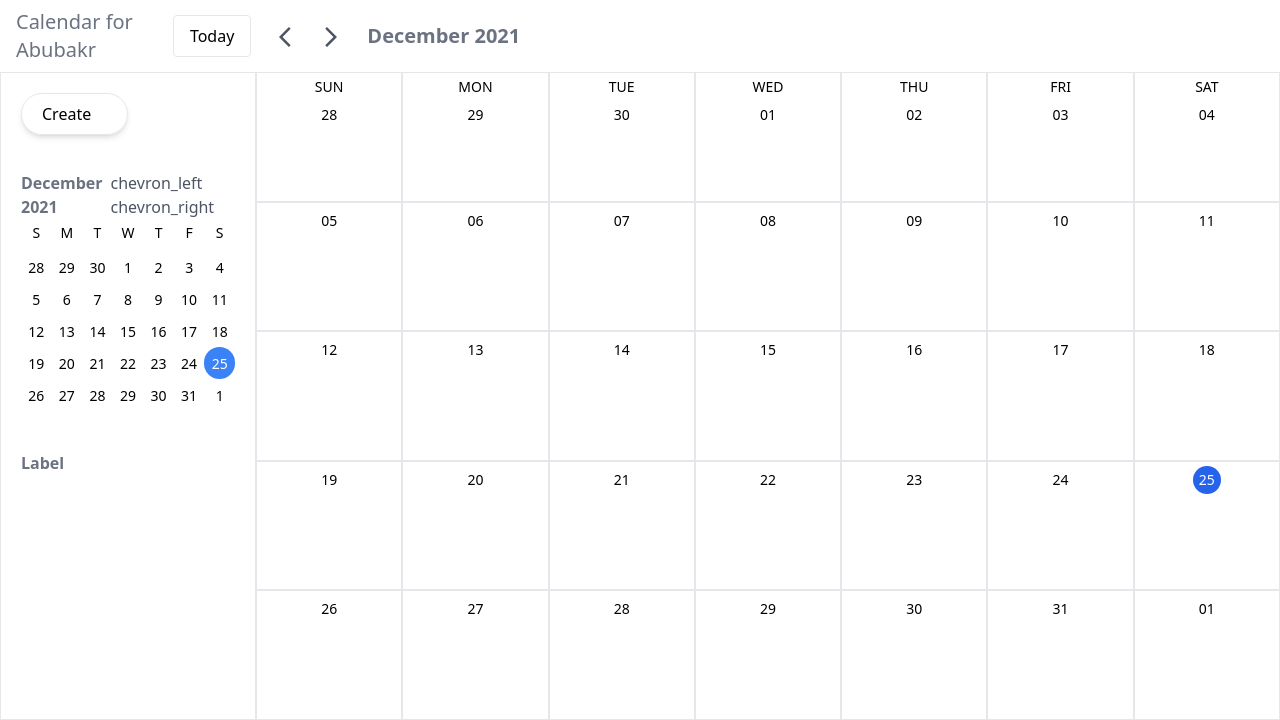
Repository: om1ars/react-calendar
Page: /
The author's editor kept a copy of each file at every save. The page is drawn from the files as they stood at one save, then again after the next save.
The browser window is 1280 px wide. The pictures show the whole page.
The project was rebuilt for these pictures with package versions that can differ from the ones it lists, and the page was loaded fresh each time. Also part of the build but not shown: craco.config.js, src/App.css, src/components/EventModal.jsx.

Above is the page before, as saved 2021-12-25 16:30:59.

### src/context/ContextWrapper.jsx
import React, {
  useState,
  useEffect,
  useReducer,
  useMemo,
} from "react";
import GlobalContext from "./GlobalContext";
import dayjs from "dayjs";

function savedEventsReducer(state, { type, payload }) {
  switch (type) {
    case "push":
      return [...state, payload];
    case "update":
      return state.map((evt) =>
        evt.id === payload.id ? payload : evt
      );
    case "delete":
      return state.filter((evt) => evt.id !== payload.id);
    default:
      throw new Error();
  }
}
function initEvents() {
  const storageEvents = localStorage.getItem("savedEvents");
  const parsedEvents = storageEvents ? JSON.parse(storageEvents) : [];
  return parsedEvents;
}

export default function ContextWrapper(props) {
  const [monthIndex, setMonthIndex] = useState(dayjs().month());
  const [smallCalendarMonth, setSmallCalendarMonth] = useState(null);
  const [daySelected, setDaySelected] = useState(dayjs());
  const [showEventModal, setShowEventModal] = useState(false);
  const [selectedEvent, setSelectedEvent] = useState(null);
  const [labels, setLabels] = useState([]);
  const [savedEvents, dispatchCalEvent] = useReducer(
    savedEventsReducer,
    [],
    initEvents
  );

  const filteredEvents = useMemo(() => {
    return savedEvents.filter((evt) =>
      labels
        .filter((lbl) => lbl.checked)
        .map((lbl) => lbl.label)
        .includes(evt.label)
    );
  }, [savedEvents, labels]);

  useEffect(() => {
    localStorage.setItem("savedEvents", JSON.stringify(savedEvents));
  }, [savedEvents]);

  useEffect(() => {
    setLabels((prevLabels) => {
      return [...new Set(savedEvents.map((evt) => evt.label))].map(
        (label) => {
          const currentLabel = prevLabels.find(
            (lbl) => lbl.label === label
          );
          return {
            label,
            checked: currentLabel ? currentLabel.checked : true,
          };
        }
      );
    });
  }, [savedEvents]);

  useEffect(() => {
    if (smallCalendarMonth !== null) {
      setMonthIndex(smallCalendarMonth);
    }
  }, [smallCalendarMonth]);

  useEffect(() => {
    if (!showEventModal) {
      setSelectedEvent(null);
    }
  }, [showEventModal]);

  function updateLabel(label) {
    setLabels(
      labels.map((lbl) => (lbl.label === label.label ? label : lbl))
    );
  }

  return (
    <GlobalContext.Provider
      value={{
        monthIndex,
        setMonthIndex,
        smallCalendarMonth,
        setSmallCalendarMonth,
        daySelected,
        setDaySelected,
        showEventModal,
        setShowEventModal,
        dispatchCalEvent,
        selectedEvent,
        setSelectedEvent,
        savedEvents,
        setLabels,
        labels,
        updateLabel,
        filteredEvents,
      }}
    >
      {props.children}
    </GlobalContext.Provider>
  );
}

### src/components/CalendarHeader.tsx
import dayjs from "dayjs";
import React, { useContext } from "react";
import GlobalContext from "../context/GlobalContext";
import ArrowBackIosIcon from "@mui/icons-material/ArrowBackIos";
import ArrowForwardIosIcon from "@mui/icons-material/ArrowForwardIos";
export default function CalendarHeader() {
  const { monthIndex, setMonthIndex } = useContext(GlobalContext);
  function handlePrevMonth() {
    setMonthIndex(monthIndex - 1);
  }
  function handleNextMonth() {
    setMonthIndex(monthIndex + 1);
  }
  function handleReset() {
    setMonthIndex(
      monthIndex === dayjs().month()
        ? monthIndex + Math.random()
        : dayjs().month()
    );
  }
  return (
    <header className="px-4 py-2 flex items-center">
      <h1 className="mr-10 text-xl text-gray-500 fond-bold">
        Calendar for
        <br />
        Abubakr
      </h1>
      <button onClick={handleReset} className="border rounded py-2 px-4 mr-5">
        Today
      </button>
      <button onClick={handlePrevMonth}>
        <span className="material-icons-outlined cursor-pointer text-gray-600 mx-2">
          <ArrowBackIosIcon />
        </span>
      </button>
      <button onClick={handleNextMonth}>
        <span className="material-icons-outlined cursor-pointer text-gray-600 mx-2">
          <ArrowForwardIosIcon />
        </span>
      </button>
      <h2 className="ml-4 text-xl text-gray-500 font-bold">
        {dayjs(new Date(dayjs().year(), monthIndex)).format("MMMM YYYY")}
      </h2>
    </header>
  );
}

### src/components/Month.tsx
import React from "react";
import Day from "./Day";
export default function Month({ month }:any) {
  return (
    <div className="flex-1 grid grid-cols-7 grid-rows-5">
      {month.map((row:any, i:any) => (
        <React.Fragment key={i}>
          {row.map((day:any, idx:any) => (
            <Day day={day} key={idx} rowIdx={i} />
          ))}
        </React.Fragment>
      ))}
    </div>
  );
}

### src/components/CreateEventButton.jsx
import React, { useContext } from "react";
import GlobalContext from "../context/GlobalContext";
export default function CreateEventButton() {
  const { setShowEventModal } = useContext(GlobalContext);
  return (
    <button
      onClick={() => setShowEventModal(true)}
      className="border p-2 rounded-full flex items-center shadow-md hover:shadow-2xl"
    >
      <span className="pl-3 pr-7"> Create</span>
    </button>
  );
}

### src/components/SmallCalendar.tsx
import dayjs from "dayjs";
import React, { useContext, useEffect, useState } from "react";
import GlobalContext from "../context/GlobalContext";
import { getMonth } from "../util";
import ArrowBackIosIcon from "@mui/icons-material/ArrowBackIos";
import ArrowForwardIosIcon from "@mui/icons-material/ArrowForwardIos";
export default function SmallCalendar() {
  const [currentMonthIdx, setCurrentMonthIdx] = useState(
    dayjs().month()
  );
  const [currentMonth, setCurrentMonth] = useState(getMonth());
  useEffect(() => {
    setCurrentMonth(getMonth(currentMonthIdx));
  }, [currentMonthIdx]);

  const {
    monthIndex,
    setSmallCalendarMonth,
    setDaySelected,
    daySelected,
  }:any = useContext(GlobalContext);

  useEffect(() => {
    setCurrentMonthIdx(monthIndex);
  }, [monthIndex]);

  function handlePrevMonth() {
    setCurrentMonthIdx(currentMonthIdx - 1);
  }
  function handleNextMonth() {
    setCurrentMonthIdx(currentMonthIdx + 1);
  }
  function getDayClass(day:any) {
    const format = "DD-MM-YY";
    const nowDay = dayjs().format(format);
    const currDay = day.format(format);
    const slcDay = daySelected && daySelected.format(format);
    if (nowDay === currDay) {
      return "bg-blue-500 rounded-full text-white";
    } else if (currDay === slcDay) {
      return "bg-blue-100 rounded-full text-blue-600 font-bold";
    } else {
      return "";
    }
  }
  return (
    <div className="mt-9">
      <header className="flex justify-between">
        <p className="text-gray-500 font-bold">
          {dayjs(new Date(dayjs().year(), currentMonthIdx)).format(
            "MMMM YYYY"
          )}
        </p>
        <div>
          <button onClick={handlePrevMonth}>
            <span className="material-icons-outlined cursor-pointer text-gray-600 mx-2">
              chevron_left
            </span>
          </button>
          <button onClick={handleNextMonth}>
            <span className="material-icons-outlined cursor-pointer text-gray-600 mx-2">
              chevron_right
            </span>
          </button>
        </div>
      </header>
      <div className="grid grid-cols-7 grid-rows-6">
        {currentMonth[0].map((day:any, i:any) => (
          <span key={i} className="text-sm py-1 text-center">
            {day.format("dd").charAt(0)}
          </span>
        ))}
        {currentMonth.map((row:any, i:any) => (
          <React.Fragment key={i}>
            {row.map((day:any, idx:any) => (
              <button
                key={idx}
                onClick={() => {
                  setSmallCalendarMonth(currentMonthIdx);
                  setDaySelected(day);
                }}
                className={`py-1 w-full ${getDayClass(day)}`}
              >
                <span className="text-sm">{day.format("D")}</span>
              </button>
            ))}
          </React.Fragment>
        ))}
      </div>
    </div>
  );
}

### src/components/Labels.tsx
import React, { useContext } from "react";
import GlobalContext from "../context/GlobalContext";

export default function Labels() {
  const { labels, updateLabel }:any = useContext(GlobalContext);
  return (
    <React.Fragment>
      <p className="text-gray-500 font-bold mt-10">Label</p>
      {labels.map(({ label: lbl, checked }:any, idx:any) => (
        <label key={idx} className="items-center mt-3 block">
          <input
            type="checkbox"
            checked={checked}
            onChange={() =>
              updateLabel({ label: lbl, checked: !checked })
            }
            className={`form-checkbox h-5 w-5 text-${lbl}-400 rounded focus:ring-0 cursor-pointer`}
          />
          <span className="ml-2 text-gray-700 capitalize">{lbl}</span>
        </label>
      ))}
    </React.Fragment>
  );
}

### src/components/Day.jsx
import dayjs from "dayjs";
import React, { useContext, useState, useEffect } from "react";
import GlobalContext from "../context/GlobalContext";

export default function Day({ day, rowIdx }) {
  const [dayEvents, setDayEvents] = useState([]);
  const {
    setDaySelected,
    setShowEventModal,
    filteredEvents,
    setSelectedEvent,
  } = useContext(GlobalContext);

  useEffect(() => {
    const events = filteredEvents.filter(
      (evt) =>
        dayjs(evt.day).format("DD-MM-YY") === day.format("DD-MM-YY")
    );
    setDayEvents(events);
  }, [filteredEvents, day]);

  function getCurrentDayClass() {
    return day.format("DD-MM-YY") === dayjs().format("DD-MM-YY")
      ? "bg-blue-600 text-white rounded-full w-7"
      : "";
  }
  return (
    <div className="border border-gray-200 flex flex-col">
      <header className="flex flex-col items-center">
        {rowIdx === 0 && (
          <p className="text-sm mt-1">
            {day.format("ddd").toUpperCase()}
          </p>
        )}
        <p
          className={`text-sm p-1 my-1 text-center  ${getCurrentDayClass()}`}
        >
          {day.format("DD")}
        </p>
      </header>
      <div
        className="flex-1 cursor-pointer"
        onClick={() => {
          setDaySelected(day);
          setShowEventModal(true);
        }}
      >
        {dayEvents.map((evt, idx) => (
          <div
            key={idx}
            onClick={() => setSelectedEvent(evt)}
            className={`bg-${evt.label}-200 p-1 mr-3 text-gray-600 text-sm rounded mb-1 truncate`}
          >
            {evt.title}
          </div>
        ))}
      </div>
    </div>
  );
}

### tailwind.config.js
module.exports = {
  content: [
    "./src/**/*.{js,jsx,ts,tsx}",
  ],
  theme: {
    extend: {},
  },
  plugins: [require('@tailwindcss/forms')],
}

Loaded but not shown: public/index.html (common file); src/index.tsx (common file); src/index.css (common file); src/App.tsx (common file); src/reportWebVitals.ts (common file); src/util.js (common file); src/components/Sidebar.tsx (common file); src/context/GlobalContext.jsx (common file)

After the next save:
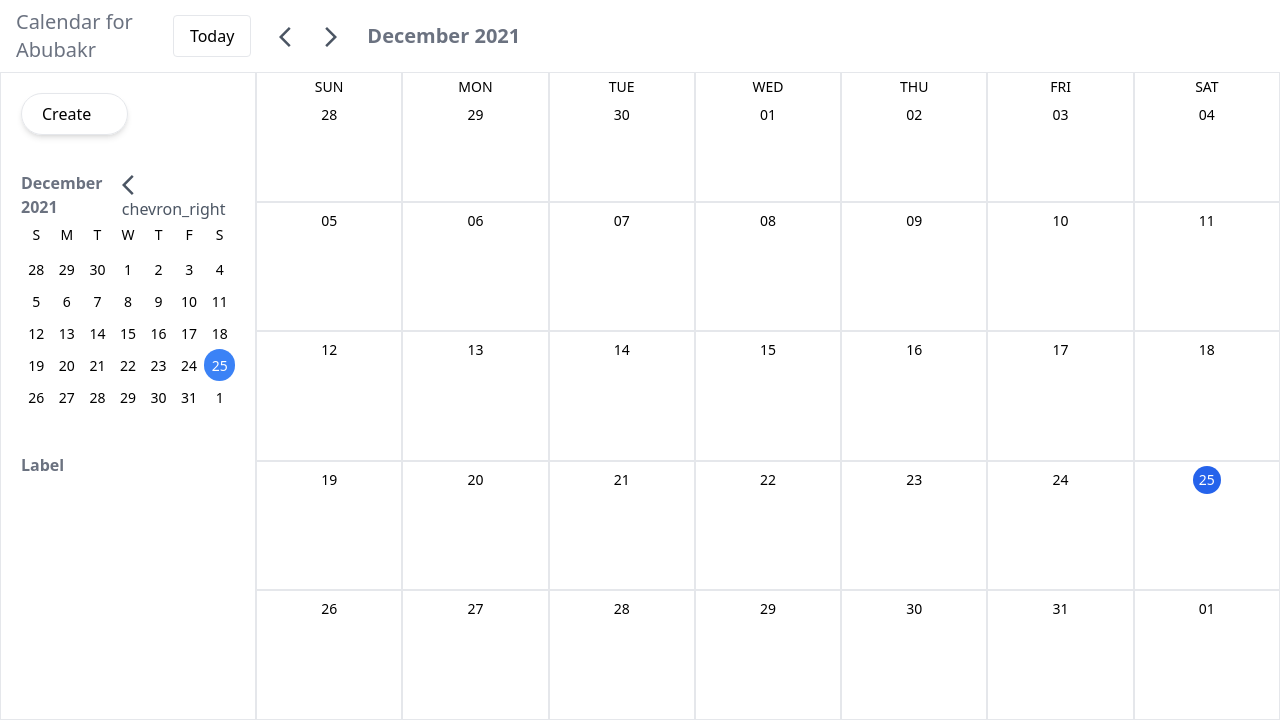
Saved 8 s later.
--- a/src/components/SmallCalendar.tsx
+++ b/src/components/SmallCalendar.tsx
@@ -54,7 +54,7 @@ export default function SmallCalendar() {
         <div>
           <button onClick={handlePrevMonth}>
             <span className="material-icons-outlined cursor-pointer text-gray-600 mx-2">
-              chevron_left
+<ArrowBackIosIcon />
             </span>
           </button>
           <button onClick={handleNextMonth}>
